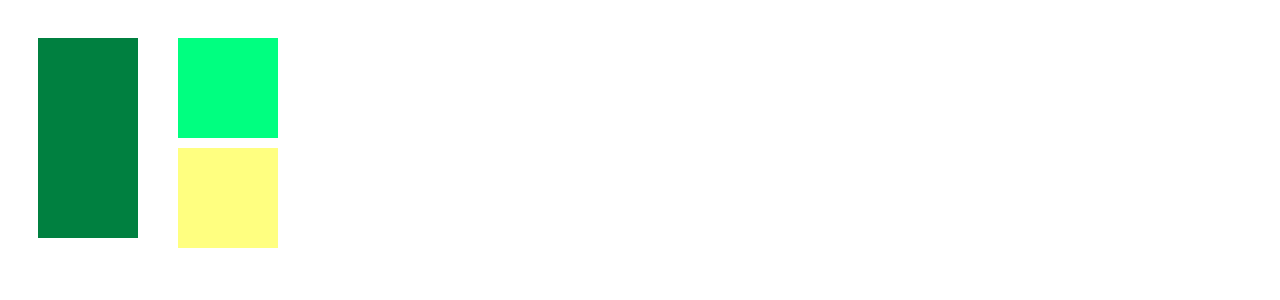
Repository: BaekJiGyeong/JSP_web
Page: http://localhost/Article/
An editor plug-in stored every save of this project. The page is shown before and after the next save, followed by the edit.
The browser window is 1280 px wide. The pictures show the whole page.
The page is served by Tomcat 9.

Above is the page before, as saved 2016-03-03 09:17:19.

After the next save:
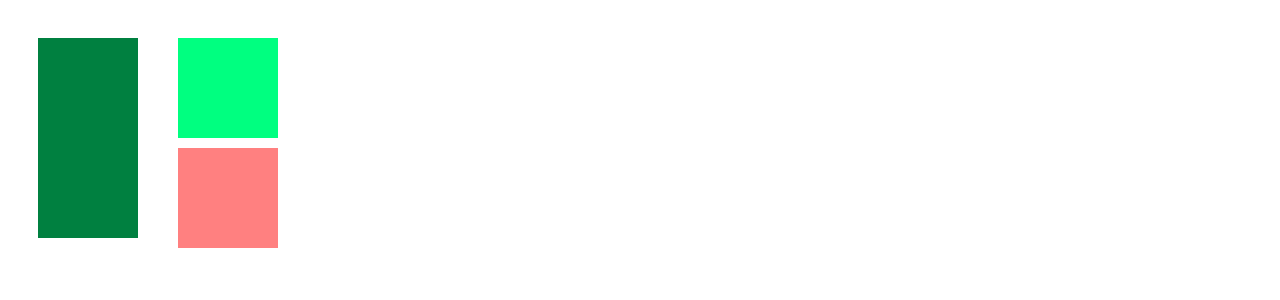
Saved 14 s later.
--- a/Article/WebContent/resource/css/project2.css
+++ b/Article/WebContent/resource/css/project2.css
@@ -25,7 +25,7 @@ div#col2row1 {
 	height: 100px;
 }
 div#col2row2 {
-	background-color: #ffff80;
+	background-color: #ff8080;
 	width: 100px;
 	height: 100px;
 	top: 120px;
